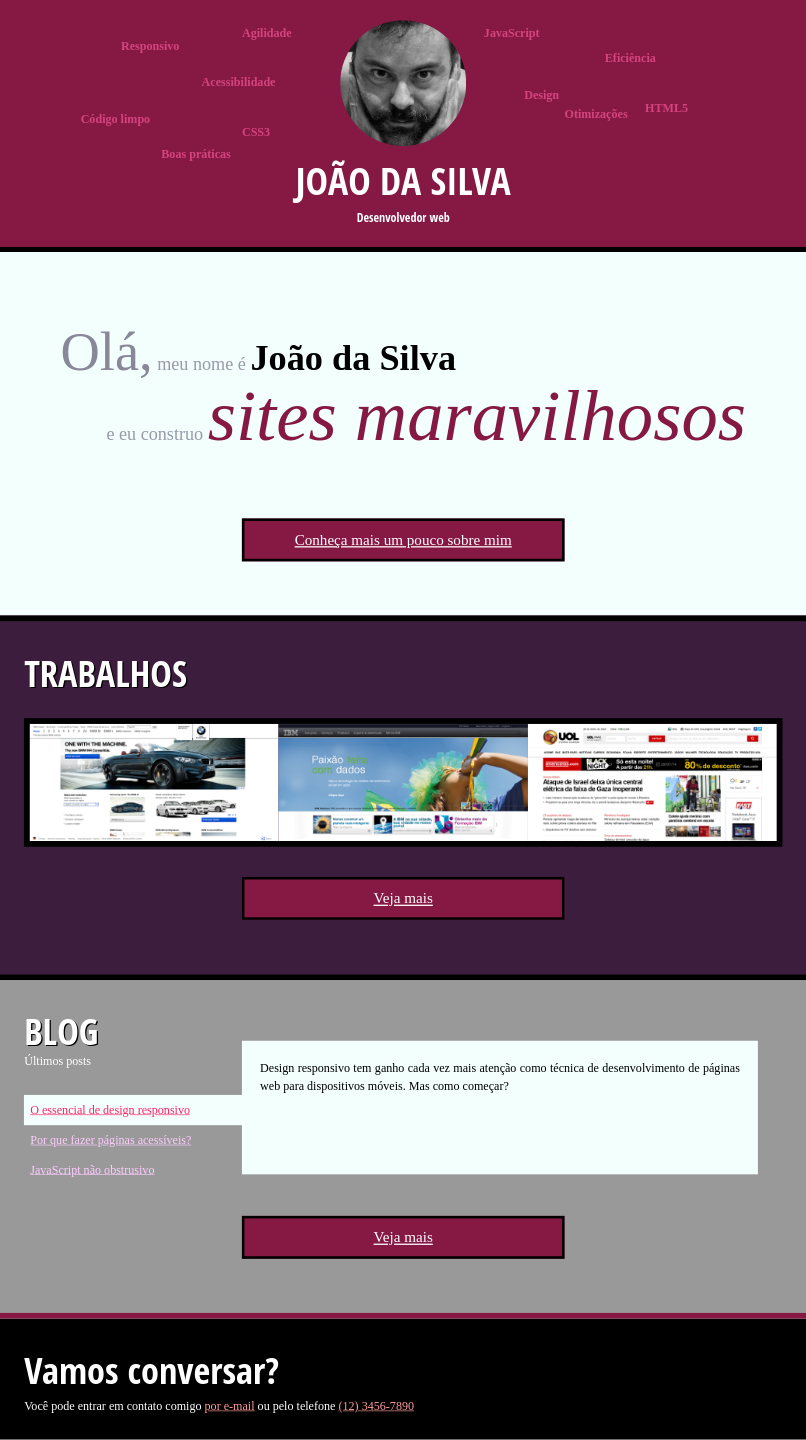
Repository: MichelMiola/html5Css3Avancado
Page: projeto/index.html
These files come from the project's save history. The page is drawn as it stood at one moment and after the next save; the edit follows.
The browser window is 1280 px wide. The pictures show the whole page, at 63% of full size.
Some web fonts or font styles are not loaded; a fallback is used.

Above is the page before, as saved 2015-03-20 17:30:38.

### projeto/index.html
<!DOCTYPE html>
<html lang="pt">
<head>
    <meta charset="UTF-8">
    <title>João da Silva - Desenvolvedor Web</title>
    <link rel="shortcut icon" href="imagens/favicon.png">
    <link rel="stylesheet" href="css/reset.css">
    <link rel="stylesheet" href="css/site.css">
    <link rel="stylesheet" href="css/index.css">
    <link rel="stylesheet" href="http://fonts.googleapis.com/css?family=Crimson+Text:400,400italic,600">
    <link rel="stylesheet" href="http://fonts.googleapis.com/css?family=Open+Sans+Condensed:700">
    <link rel="stylesheet" href="http://fonts.googleapis.com/css?family=Shadows+Into+Light">
    <link rel="stylesheet" href="<link href='http://fonts.googleapis.com/css?family=Shadows+Into+Light">
</head>
<body>
    <header class="titulo-principal">
        <img class="foto-home" src="imagens/eu.jpg" alt="Foto de João da Silva">
        <h1>João da Silva</h1>
        <p class="subtitulo-principal">Desenvolvedor web</p>
        <ul>

		    <li class="palavra-home eficiencia">Eficiência</li>
		    <li class="palavra-home boas-praticas">Boas práticas</li>
		    <li class="palavra-home codigo-limpo">Código limpo</li>
		    <li class="palavra-home css3">CSS3</li>
		    <li class="palavra-home html5">HTML5</li>
		    <li class="palavra-home javascript">JavaScript</li>
		    <li class="palavra-home acessibilidade">Acessibilidade</li>
		    <li class="palavra-home responsivo">Responsivo</li>
		    <li class="palavra-home otimizacoes">Otimizações</li>
		    <li class="palavra-home agilidade">Agilidade</li>
		    <li class="palavra-home design">Design</li>

		</ul>
    </header>
    <main>
        <section class="secao-inicio saudacao">
            <p class="saudacao"><span class="saudacao-inicio">Olá,</span> meu nome é <strong>João da Silva</strong> <span class="saudacao-ultima-linha">e eu construo <em>sites maravilhosos</em></span></p>
            <a class="botao-index" href="bio.html">Conheça mais um pouco sobre mim</a>
        </section>
        <section class="secao-inicio trabalhos">
            <h2>Trabalhos</h2>
            <ul>
                <li><img src="imagens/bmw.png" alt="Site da BMW"></li>
                <li><img src="imagens/ibm.png" alt="Site da IBM"></li>
                <li><img src="imagens/uol.png" alt="Site da UOL"></li>
            </ul>
            <a class="botao-index" href="portfolio.html">Veja mais</a>
        </section>
        <section class="secao-inicio blog">
            <h2>Blog</h2>
            <small>Últimos posts</small>
            <ol>
              	<li class="mais-recente">
				    <a href="blog.html">O essencial de design responsivo</a>
				    <p class="inicio-post">
				      Design responsivo tem ganho cada vez mais atenção como técnica de desenvolvimento de páginas web para dispositivos móveis. Mas como começar?
				    </p>
				</li>
                <li>
                    <a href="blog.html">Por que fazer páginas acessíveis?</a>
                </li>
                <li>
                    <a href="blog.html">JavaScript não obstrusivo</a>
                </li>
            </ol>
            <a class="botao-index" href="blog.html">Veja mais</a>
        </section>
    </main>
    <footer>
        <h2>Vamos conversar?</h2>
        <p>Você pode entrar em contato comigo <a href="contato.html">por e-mail</a> ou pelo telefone <a href="tel:+551234567890">(12) 3456-7890</a></p>
    </footer>
</body>
</html>

### projeto/css/site.css
body {
    font-family: "Crimson Text", "Times New Roman", serif;
    background-color: #F2FFFC;
    font-size: 120%;
    line-height: 1.5;
}

h1,
h2,
.subtitulo-principal {
    font-family: "Open Sans Condensed", "Arial", sans-serif;
}

h1 {
    text-transform: uppercase;
    font-size: 60px;
}

.titulo-principal {
    text-align: center;
    background-color: #851944;
    color: #FFF;
    padding: 2rem;
    border-bottom: .5rem solid #000;
}

.subtitulo-texto {
    font-size: 30px;
    clear: both;
}

main a {
    color: #851944;
}

main p {
    text-align: justify;
    margin: 20px 0;
}

.navegacao-site {
    text-align: center;
    background-color: #3C1D3D;
    color: #F2FFFC;
    padding: 20px;
}

.navegacao-site a {
    color: inherit;
    font-family: "Open Sans Condensed", "Arial", sans-serif;
    text-transform: lowercase;
}

.navegacao-site h1 {
    font-size: 30px;
    margin-bottom: 25px;
}

.rodape-pagina {
    background-color: #000;
    color: #F2FFFC;
    padding: 20px;
    clear: both;
    position: fixed;
    bottom: 0;
    left: 0;
    width: 100%;
    box-sizing: border-box;
}

.container {
    width: 720px;
    margin-left: auto;
    margin-right: auto;
    padding: 30px 0;
}

strong {
    font-weight: bold;
}

em {
    font-style: italic;
}

.icones-redes-sociais li {
    display: inline-block;
}

.icones-redes-sociais a {
    width: 40px;
    height: 40px;
    display: block;
    text-indent: -99999px;
}

.github {
    background-image: url(../imagens/github.png);
}

.twitter {
    background-image: url(../imagens/twitter.png);
}

.linkedin {
    background-image: url(../imagens/linkedin.png);
}

main {
    width: 80%;
    float: left;
    padding-bottom: 80px;
}

.minha-foto,
.navegacao-site {
    border-left: 10px solid black;
    border-bottom: 10px solid black;
    box-sizing: border-box;
}

.navegacao-site {
    width: 20%;
    float: right;
    position: relative;
    top: 300px;
}

.minha-foto {
    position: absolute;
    top: 0;
    right: 0;
    height: 300px;
}

.leia-mais {
    padding: .5em;
    margin: 1em;
    display: block;
    font-size: 1.25em;
    text-align: center;
    background-color: #E6E7E8;
}

.citacao-bio {
    background-color: #D9E5E3;
    border: .5em solid #C2CCCA;
    padding: 1em;
    margin: 1em 2em;
    width: 30ch;
    box-sizing: border-box;
}

### projeto/css/index.css
.foto-home {
    height: 200px;
    border-radius: 100px;
}
.saudacao p {
    font-size: 1.5em;
    color: #99A;
    line-height: 1;
    padding: 2em;
}
.saudacao-inicio {
    font-size: 3em;
    color: #889;
}
.saudacao-ultima-linha {
    text-align: right;
    display: block;
}
.saudacao strong {
    font-size: 2em;
    color: #000;
}
.saudacao em {
    color: #851944;
    font-size: 4em;
}
.botao-index {
    font-size: 1.25em;
    background-color: #851944;
    color: #FFF;
    padding: .5em;
    border: .2em solid black;
    width: 40ch;
    margin: 2em auto;
    display: block;
    text-align: center;
}
.secao-inicio {
    padding: 2em;
}
.secao-inicio h2 {
    font-size: 3em;
    text-shadow: 2px 2px #000;
    text-transform: uppercase;
    margin-bottom: .5em;
}
.trabalhos {
    background-color: #3C1D3D;
    border-top: .5em solid #000;
    border-bottom: .5em solid #000;
}
.trabalhos h2 {
    color: #FFF;
}
.trabalhos ul {
    overflow: hidden;
    border: .5em solid black;
}
.trabalhos li {
    float: left;
    width: 33.333%;
}
.trabalhos img {
    width: 100%;
    display: block;
}
.blog {
    background-color: #999;
    color: #FFF;
    border-bottom: .5em solid #851944;
}
.blog small {
    position: relative;
    top: -2em;
}
.blog li a {
    color: #FCF;
    padding: .5em;
    display: block;
}
footer {
    background-color: #000;
    color: #FFF;
    padding: 2em;
}
footer h2 {
    font-size: 3em;
}
footer a {
    color: #F99;
}
main {
    width: 100%;
    padding-bottom: 0;
    float: none;
}
.palavra-home {
    font-family: "Shadows Into Light", cursive;
    font-weight: bold;
    color: #D5447E;
    position: absolute;
}
.eficiencia {
    top: 20%;
    left: 75%;
}
.boas-praticas {
    top: 59%;
    left: 20%;
}
.codigo-limpo {
    top: 45%;
    left: 10%;
}
.css3 {
    top: 50%;
    left: 30%;
}
.html5 {
    top: 40%;
    left: 80%;
}
.javascript {
    top: 10%;
    left: 60%;
}
.acessibilidade {
    top: 30%;
    left: 25%;
}
.responsivo {
    top: 15%;
    left: 15%;
}
.otimizacoes {
    top: 43%;
    left: 70%;
}
.agilidade {
    top: 10%;
    left: 30%;
}
.design {
    top: 35%;
    left: 65%;
}
header{
	position: relative;
}

.blog .inicio-post {
  position: absolute;
  top: 4em;
  height: 8em;
  left: 30%;
  right: 4em;
  background-color: #F2FFFC;
  color: #000;
  padding: 1.5em;
}

.blog {
  position: relative;
}

.blog .mais-recente {
  background-color: #F2FFFC;
}
.blog .mais-recente a {
  color: #F26;
}

.blog li {
  width: 30%;
}

Loaded but not shown: projeto/css/reset.css (common file)

After the next save:
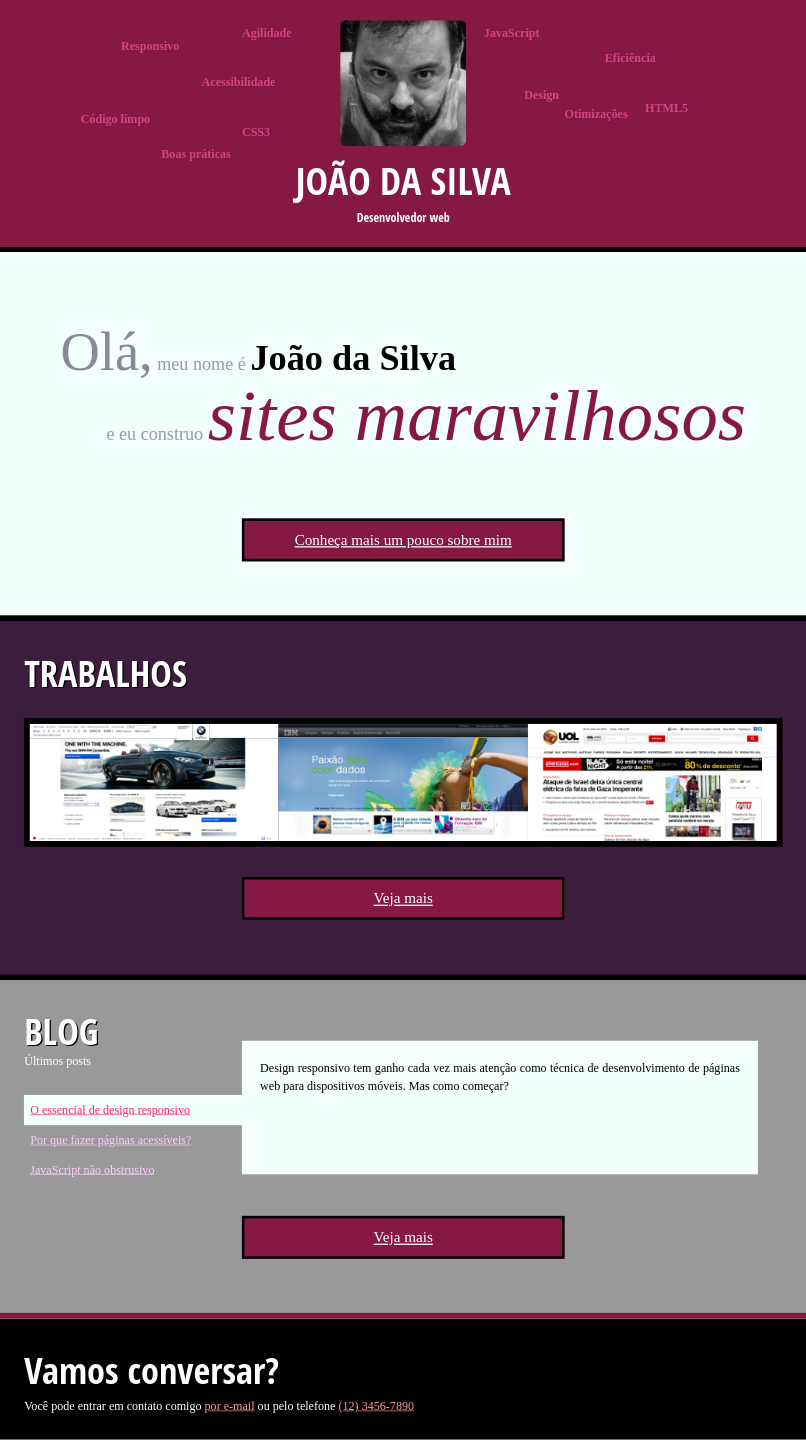
Saved 11 s later.
--- a/projeto/css/index.css
+++ b/projeto/css/index.css
@@ -1,6 +1,6 @@
 .foto-home {
     height: 200px;
-    border-radius: 100px;
+    border-radius: 10px;
 }
 .saudacao p {
     font-size: 1.5em;

After the save that followed:
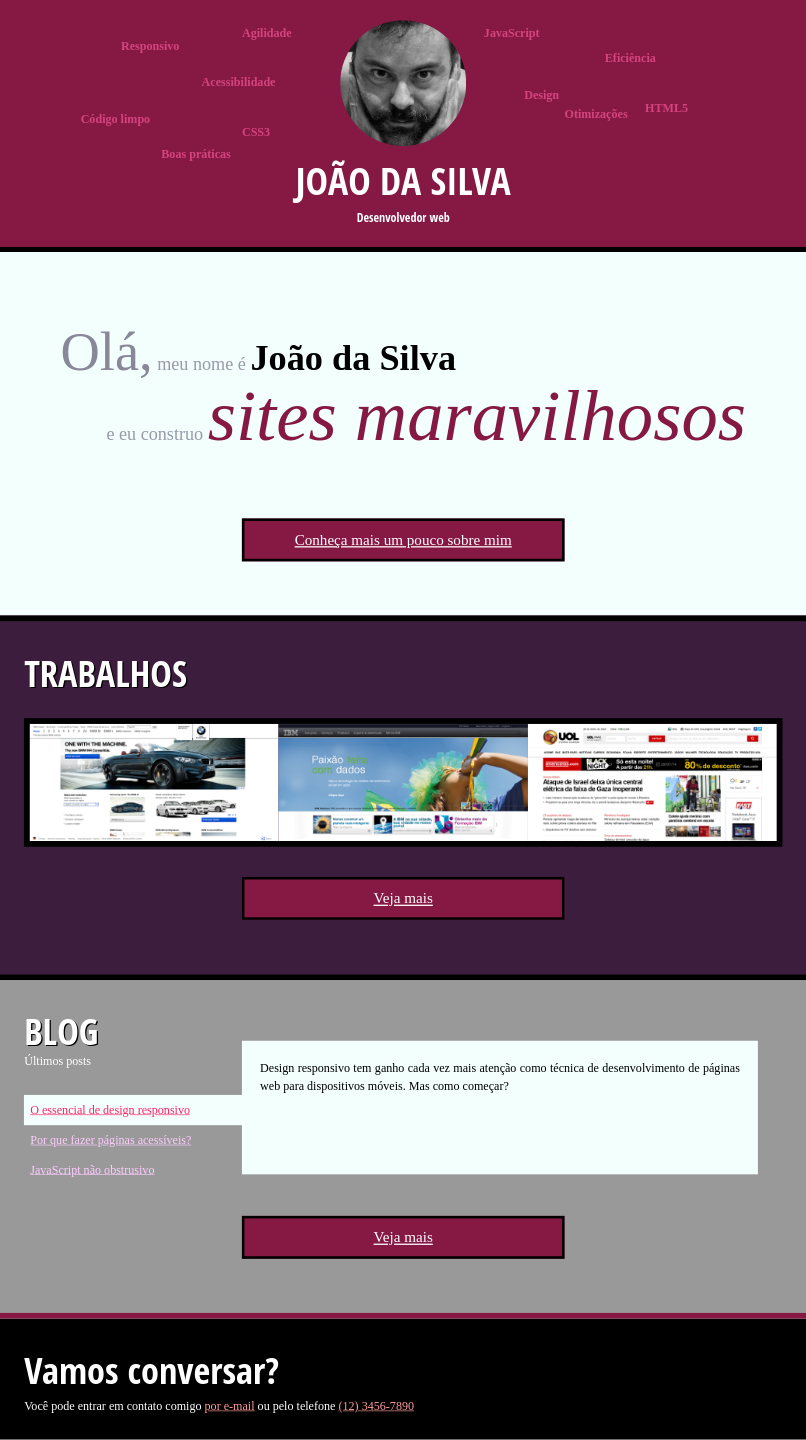
Saved 12 s later.
--- a/projeto/css/index.css
+++ b/projeto/css/index.css
@@ -1,6 +1,6 @@
 .foto-home {
     height: 200px;
-    border-radius: 10px;
+    border-radius: 120px;
 }
 .saudacao p {
     font-size: 1.5em;
